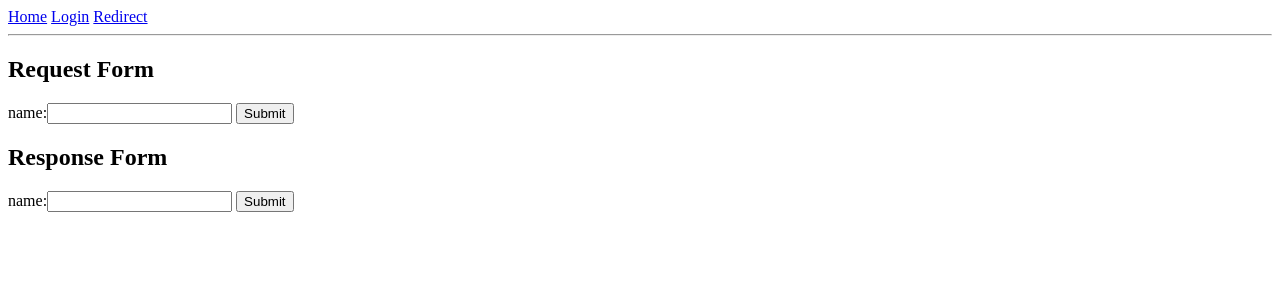
Repository: Gurudutt-S/cts-training
Page: http://localhost/ImplicitObjects/login.jsp
The author's editor kept a copy of each file at every save. The page is drawn from the files as they stood at one save, then again after a run of saves.
The browser window is 1280 px wide. The pictures show the whole page.
The page is served by Tomcat 9. Other server files are loaded and not shown.

Above is the page before, as saved 2020-02-05 07:05:19.

### Day_30/ImplicitObjects/WebContent/login.jsp
<%@ include file="header.jsp" %>

	<h2>Request Form</h2>
	<form action="index.jsp">
		name:<input type="text" name="name">
			<input type="submit">
	</form>

	<h2>Response Form</h2>
	<form action="index.jsp">
		name:<input type="text" name="uname">
			<input type="submit">
	</form>

</body>
</html>

### Day_30/ImplicitObjects/WebContent/header.jsp
<%@ page language="java" contentType="text/html; charset=ISO-8859-1"
    pageEncoding="ISO-8859-1"%>
<!DOCTYPE html>
<html>
<head>
<meta charset="ISO-8859-1">
<title>header</title>
</head>
<body>

<a href="index.jsp">Home</a>
<a href="login.jsp">Login</a>
<a href="hello.jsp">Redirect</a>

<hr>

</body>
</html>

After the next 2 saves:
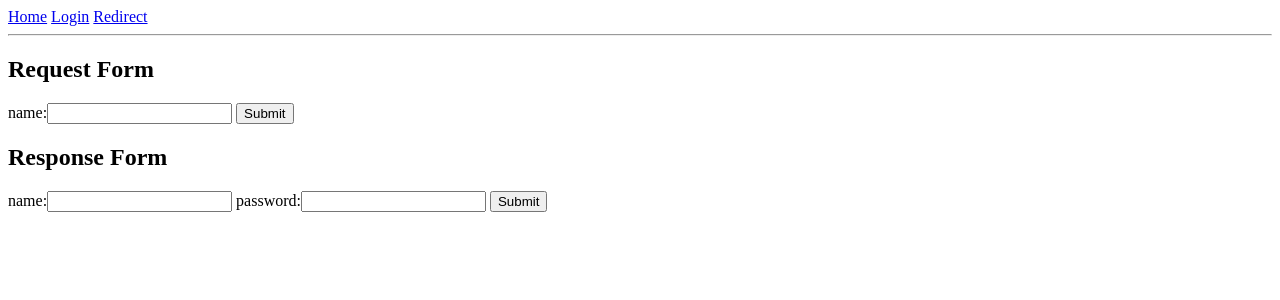
The 2 saves are shown as one change because they came seconds apart.
The last was saved 69 s later.
--- a/Day_30/ImplicitObjects/WebContent/login.jsp
+++ b/Day_30/ImplicitObjects/WebContent/login.jsp
@@ -1,16 +1,15 @@
-<%@ include file="header.jsp" %>
+<%@ include file="header.jsp"%>
 
-	<h2>Request Form</h2>
-	<form action="index.jsp">
-		name:<input type="text" name="name">
-			<input type="submit">
-	</form>
+<h2>Request Form</h2>
+<form action="index.jsp">
+	name:<input type="text" name="name"> <input type="submit">
+</form>
 
-	<h2>Response Form</h2>
-	<form action="index.jsp">
-		name:<input type="text" name="uname">
-			<input type="submit">
-	</form>
+<h2>Response Form</h2>
+<form action="index.jsp">
+	name:<input type="text" name="username"> password:<input
+		type="password" name="password"> <input type="submit">
+</form>
 
 </body>
 </html>
